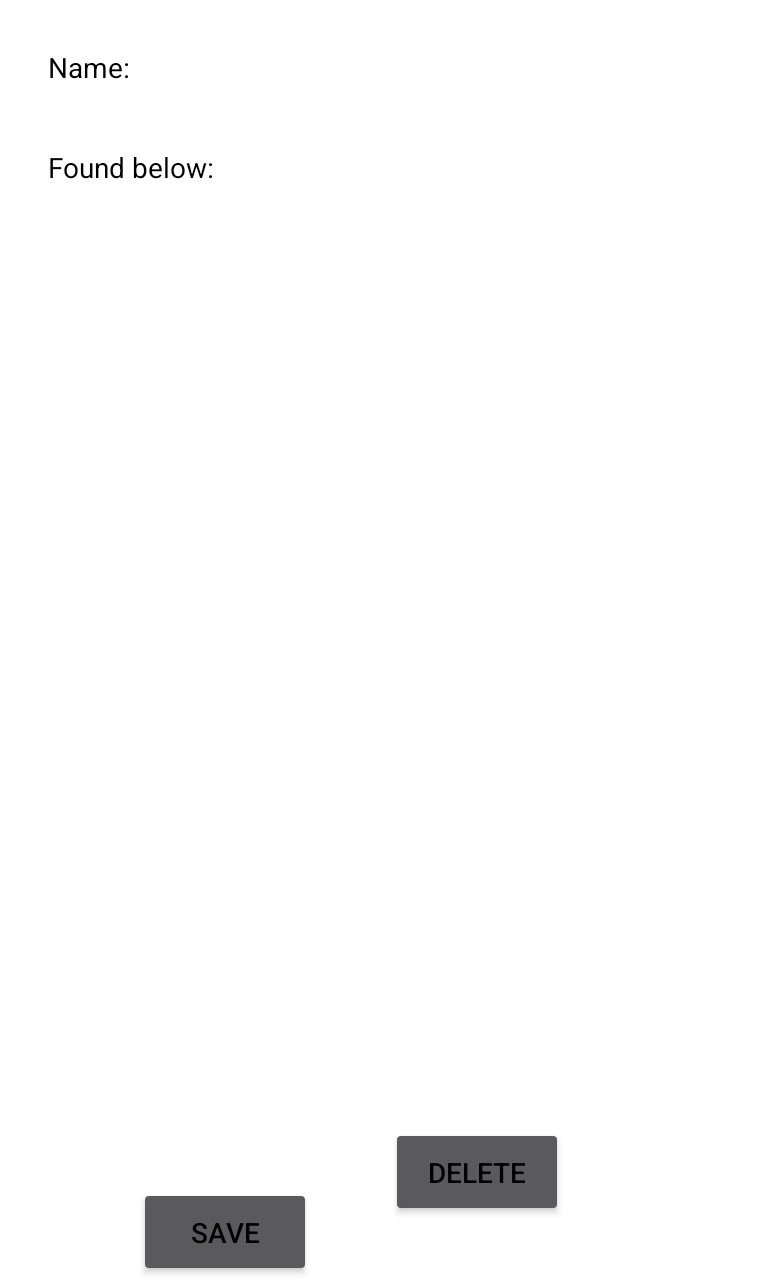
Repository: qfornaguera/AppQuelogy
Layout: AppQueology/res/layout/activity_artifact.xml
The author's editor kept a copy of each file at every save. The layout is drawn from the files as they stood at one save, then again after the next save.
It is drawn on a 768 x 1280 px phone screen (xhdpi) without system bars, with theme Theme.AppCompat; the app's code is not run.

Above is the layout before, as saved 2014-04-18 18:27:59.

After the next save:
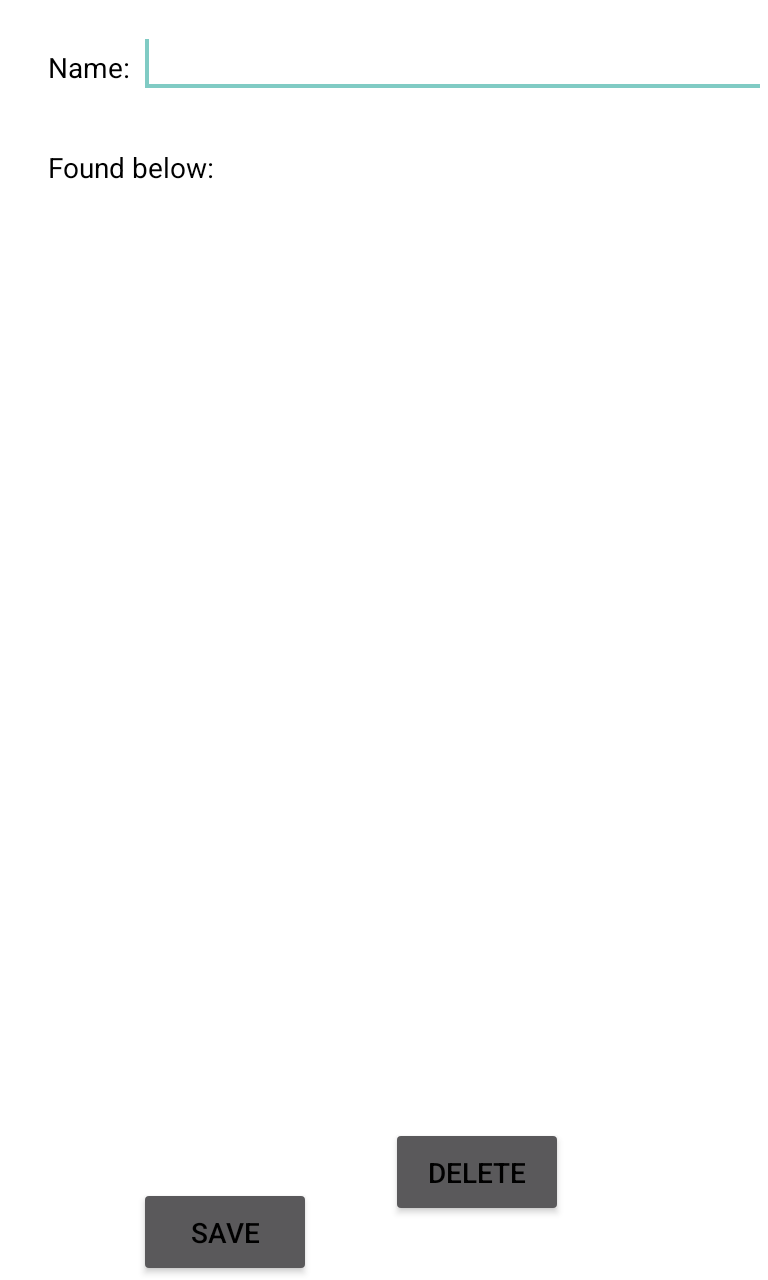
Saved 20 s later.
--- a/AppQueology/res/layout/activity_artifact.xml
+++ b/AppQueology/res/layout/activity_artifact.xml
@@ -56,17 +56,19 @@
         android:layout_alignParentRight="true"
         android:ems="10" />
 
-
     <EditText
         android:id="@+id/editText1"
         android:layout_width="wrap_content"
         android:layout_height="wrap_content"
         android:layout_alignBaseline="@+id/textView1"
         android:layout_alignBottom="@+id/textView1"
-        android:layout_alignLeft="@+id/save"
         android:layout_alignParentRight="true"
+        android:layout_toRightOf="@+id/textView1"
         android:ems="10"
         android:maxLength="25"
-        android:textColor="#000000" />
+        android:textColor="#000000" >
+
+        <requestFocus />
+    </EditText>
 
 </RelativeLayout>
